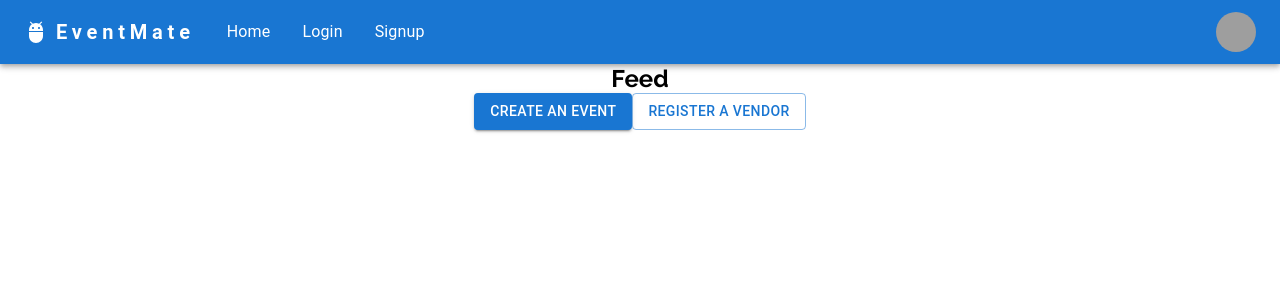
Repository: Farida-Yeasmin-Mim/EventMate_Frontend
Page: /feed
An editor plug-in stored every save of this project. The page is shown before and after the next save, followed by the edit.
The browser window is 1280 px wide. The pictures show the whole page.
Pictures or frames that could not be fetched are drawn as grey boxes. The page's requests for data from a server got no answer. The project was rebuilt for these pictures with package versions that can differ from the ones it lists, and the page was loaded fresh each time. No one was signed in, and anything a server would have sent is missing. Also part of the build but not shown: src/components/PostRequest.js, src/pages/auth/Login.js, src/components/seletionTextField/selectGender.js, src/pages/auth/Signup.js, src/components/vendor/RegVendor.js, src/components/offer.js, src/components/productcategories.js, src/components/icontabs.js and 25 more.

Above is the page before, as saved 2022-07-29 21:43:58.

After the next save:
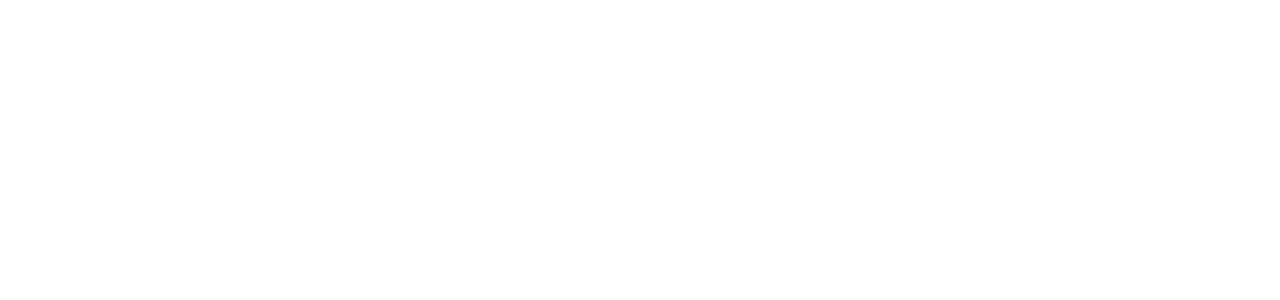
Saved 81 s later.
--- a/src/index.js
+++ b/src/index.js
@@ -13,10 +13,10 @@
 const root = ReactDOM.createRoot(document.getElementById('root'));
 root.render(
   <React.StrictMode>
-    {/* <Context>
+    <Context>
       <App />
-    </Context> */}
-  <App/>
+    </Context>
+  {/* <App/> */}
   {/* <h1>heeeeeeeeeeeeeeee</h1> */}
   </React.StrictMode>
 

After the save that followed:
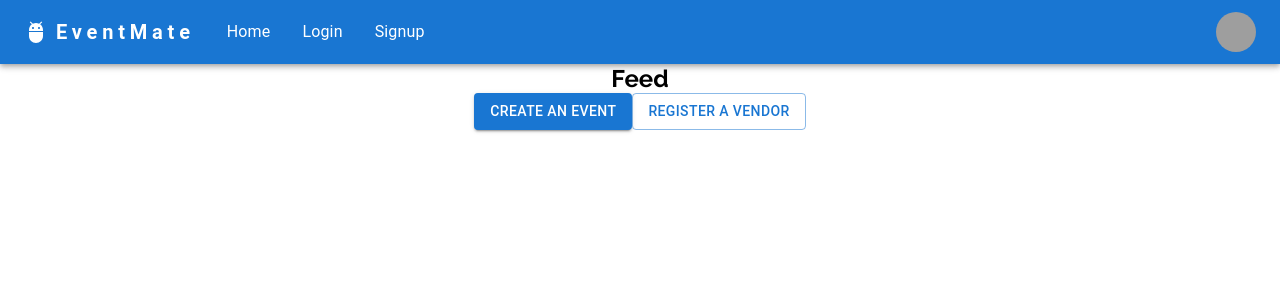
Saved 23 s later.
--- a/src/index.js
+++ b/src/index.js
@@ -16,7 +16,7 @@
     <Context>
       <App />
     </Context>
-  {/* <App/> */}
+  <App/>
   {/* <h1>heeeeeeeeeeeeeeee</h1> */}
   </React.StrictMode>
 
